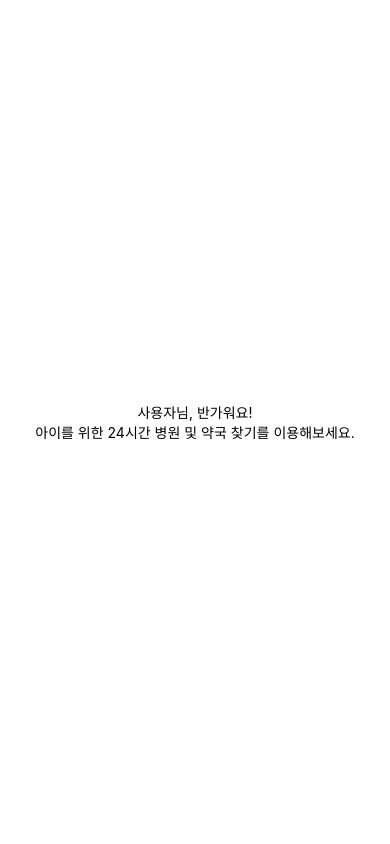
Repository: Sesac-icare/FrontEndiCare
Screen: / (app in iCare/)
The author's editor kept a copy of each file at every save. The screen is drawn from the files as they stood at one save, then again after the next save.
The app was drawn by React Native's web renderer in a window 390 px wide. The project was rebuilt for these pictures with package versions that can differ from the ones it lists, and the page was loaded fresh each time. Some packages were replaced by stand-ins written for this rebuild.

Above is the screen before, as saved 2025-02-04 15:42:19.

After the next save:
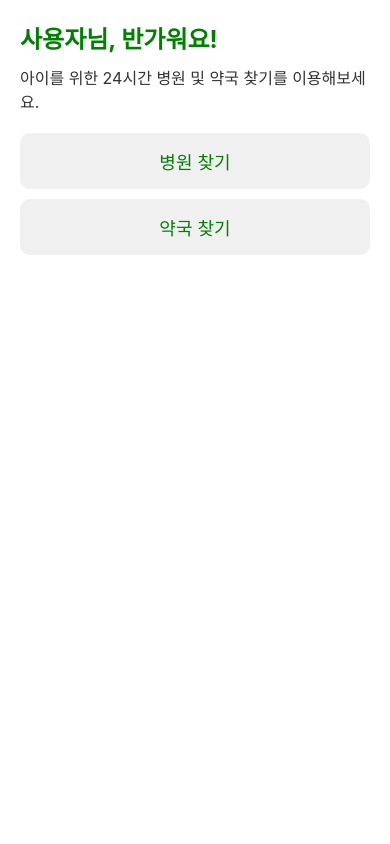
Saved 2 min 3 s later.
--- a/iCare/App.js
+++ b/iCare/App.js
@@ -36,22 +36,22 @@
 // }
 
 // export default App;
-
 import React from "react";
 import { View, Text, StyleSheet } from "react-native";
 
 export default function App() {
   return (
-    <View
-      style={{
-        flex: 1,
-        backgroundColor: "#fff",
-        alignItems: "center",
-        justifyContent: "center"
-      }}
-    >
-      <Text>사용자님, 반가워요!</Text>
-      <Text>아이를 위한 24시간 병원 및 약국 찾기를 이용해보세요.</Text>
+    <View style={styles.container}>
+      <Text style={styles.title}>사용자님, 반가워요!</Text>
+      <Text style={styles.subtitle}>
+        아이를 위한 24시간 병원 및 약국 찾기를 이용해보세요.
+      </Text>
+      <View style={styles.button}>
+        <Text style={styles.buttonText}>병원 찾기</Text>
+      </View>
+      <View style={styles.button}>
+        <Text style={styles.buttonText}>약국 찾기</Text>
+      </View>
     </View>
   );
 }
@@ -60,7 +60,28 @@ const styles = StyleSheet.create({
   container: {
     flex: 1,
     backgroundColor: "#fff",
-    alignItems: "center",
-    justifyContent: "center"
+    padding: 20
+  },
+  title: {
+    fontSize: 24,
+    fontWeight: "bold",
+    color: "green",
+    marginBottom: 10
+  },
+  subtitle: {
+    fontSize: 16,
+    color: "#333",
+    marginBottom: 20
+  },
+  button: {
+    backgroundColor: "#f0f0f0",
+    padding: 15,
+    borderRadius: 10,
+    marginBottom: 10,
+    alignItems: "center"
+  },
+  buttonText: {
+    fontSize: 18,
+    color: "green"
   }
 });
